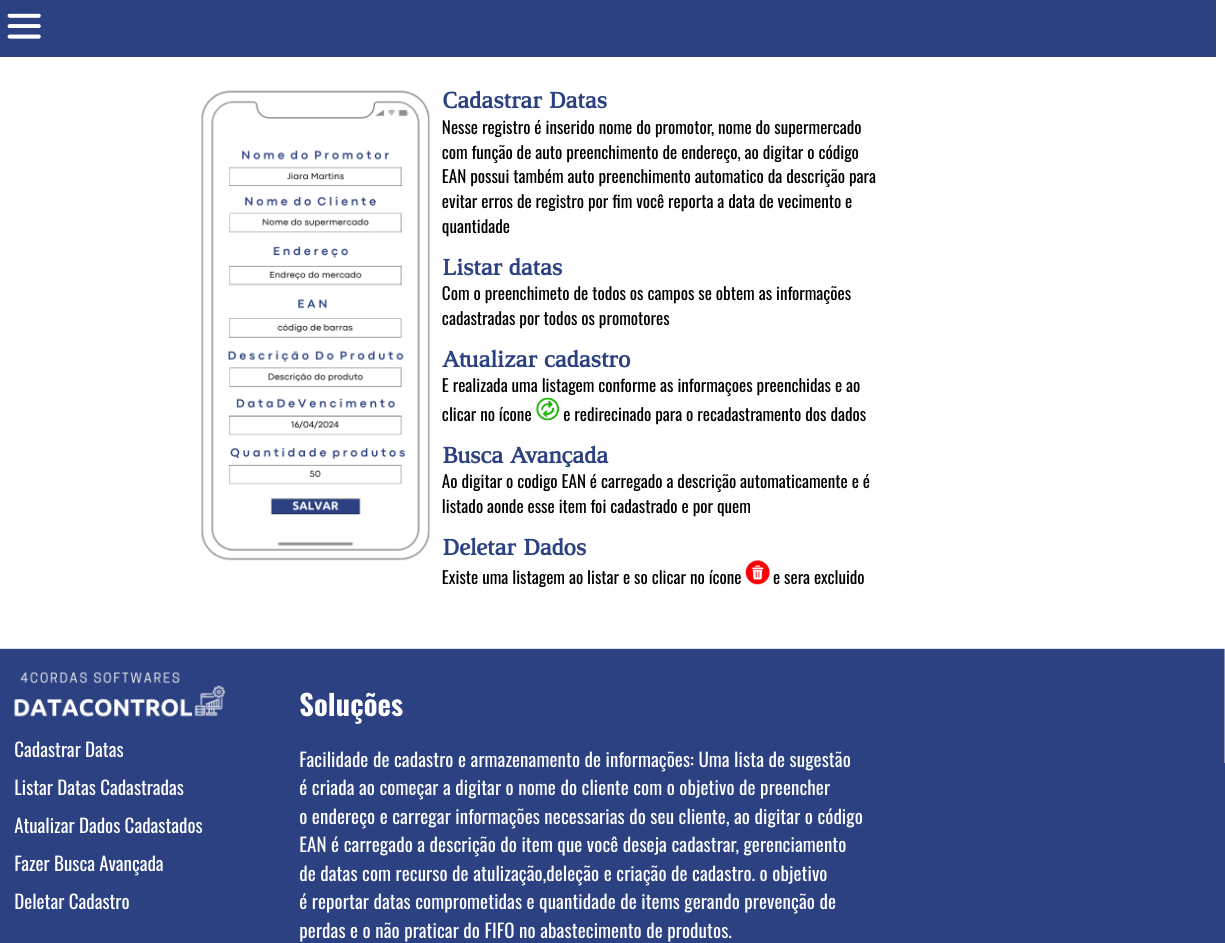
Repository: alfredo-allan/ControleDeDatasFrontEnd
Page: index.html
These files come from the project's save history. The page is drawn as it stood at one moment and after the next save; the edit follows.
The browser window is 1280 px wide. The page is 1289 px wide, so the pictures cover 1289 px, including what lies to the right of the window. The pictures show the whole page, at 95% of full size.

Above is the page before, as saved 2024-04-30 14:59:58.
Console error: TypeError: Cannot read properties of null (reading 'addEventListener')

### index.html
<!DOCTYPE html>
<html lang="pt-BR">
  <head>
    <meta charset="UTF-8" />
    <meta name="viewport" content="width=device-width, initial-scale=1.0" />
    <link rel="stylesheet" href="./style/style.css" />
    <link rel="preconnect" href="https://fonts.googleapis.com" />
    <link rel="preconnect" href="https://fonts.gstatic.com" crossorigin />
    <link
      href="https://fonts.googleapis.com/css2?family=Oswald:wght@200..700&display=swap"
      rel="stylesheet"
    />
    <title>Controle de Datas</title>
  </head>
  <body>
    <div class="header">
      <div id="menu-icon">
        <img id="icon-menu" src="./images/barra-de-menu.png" alt="" />
      </div>
      <div id="titulo">
        <!-- <h1>Controle De Datas</h1> -->
      </div>
      <div id="menu-options">
        <ul>
          <!-- <img id="usuario" src="./images/usuario-exemplo.jpg" alt="" /> -->
          <a href="pages/cadastro.html"><li>Cadastrar Datas</li></a>
          <a href="pages/listagem.html"><li>Listar Datas</li></a>
          <a href="pages/atualizar.html"><li>Atualizar Cadastro</li></a>
          <a href="pages/buscaavancada.html"><li>Busca Avançada</li></a>
          <a href="pages/deletar.html"><li>Deletar Dados</li></a>
        </ul>
      </div>
    </div>
    <img id="instrucao" src="./images/CadastrarDatas.png" alt="">
    <div class="coluna">
    <ul>
      <span>Cadastrar Datas</span>
      <li>Nesse registro é inserido nome do promotor, nome do supermercado com função de auto preenchimento de endereço, ao digitar o código EAN possui também auto preenchimento automatico da descrição para evitar erros de registro por fim você reporta a data de vecimento e quantidade</li>
      <span>Listar datas</span>
      <li>Com o preenchimeto de todos os campos se  obtem as informações cadastradas por todos os promotores</li>
      <span>Atualizar cadastro</span>
      <li>E realizada uma listagem conforme as informaçoes preenchidas e ao clicar no ícone <img src="./images/repetir.png" alt=""> e redirecinado para o recadastramento dos dados</li>
      <span>Busca Avançada</span>
      <li>Ao digitar o codigo EAN é carregado a descrição automaticamente e é listado aonde esse item foi cadastrado e por quem</li>
      <span>Deletar Dados</span>
      <li>Existe uma listagem ao listar e so clicar no ícone <img src="./images/excluir.png" alt=""> e sera excluido</li>
    </ul>
    </div>
    </div>
    <div class="footer">
      <div id="mapa" class="col-sm-6">
        <img id="tootext" src="./images/data.png" alt="" />
        <ul id="mapadosite">
          <a href="./pages/cadastro.html"><li>Cadastrar Datas</li></a>
          <a href="./pages/listagem.html"><li>Listar Datas Cadastradas</li></a>
          <a href="./pages/atualizar.html"
            ><li>Atualizar Dados Cadastados</li></a
          >
          <a href="./pages/buscaavancada.html"><li>Fazer Busca Avançada</li></a>
          <a href="./pages/deletar.html"><li>Deletar Cadastro</li></a>
        </ul>
      </div>
      <div id="solucao" class="col-sm-6">
        <span>Soluções</span>
        <p>
          Facilidade de cadastro e armazenamento de informações: Uma lista de
          sugestão <br />
          é criada ao começar a digitar o nome do cliente com o objetivo de
          preencher <br />
          o endereço e carregar informações necessarias do seu cliente, ao
          digitar o código <br />
          EAN é carregado a descrição do item que você deseja cadastrar,
          gerenciamento <br />
          de datas com recurso de atulização,deleção e criação de cadastro. o
          objetivo <br />
          é reportar datas comprometidas e quantidade de items gerando prevenção
          de <br />
          perdas e o não praticar do FIFO no abastecimento de produtos.
        </p>
      </div>
    </div>
  </body>
  <script src="./js/script.js"></script>
</html>

### style/style.css
:root {
  --cor-azul: rgb(44, 65, 129);
  --oswald-font: "Oswald", sans-serif;
  --luthier-font: "Luthier";
}

body {
  font-family: var(--oswald-font);
}

@font-face {
  font-family: "Luthier";
  src: url("../fonts/LuthierFF/Luthier-Regular.ttf") format("truetype");
  /* Adicione mais formatos (e.g. woff, woff2) conforme necessário */
}

#titulo h1 {
  font-family: var(--luthier-font);
  letter-spacing: 3px;
  font-weight: 900;
  color: white;
  margin-top: -30px;
  margin-left: 55px;
}

.column {
  display: flex;
  flex-direction: column;
  align-items: center;
  padding: 10px 20px 15px 15px;
  border: 1px solid #ccc;
  border-radius: 5px;
  width: 300px;
  margin: 0 auto;
  span {
    font-weight: 900;
    font-family: var(--luthier-font);
    letter-spacing: 3px;
    margin-bottom: 10px;
    color: var(--cor-azul);
  }
}

#logo img {
  margin-top: 200px;
  width: 250px;
  margin-left: 50px;
}

#logo {
  h1 {
    text-align: center;
    text-wrap: nowrap;
    font-size: 25px;
    font-family: var(--oswald-font);
    font-weight: 900;
    letter-spacing: 2px;
    color: var(--cor-azul);
  }
}

#form {
  margin-top: 80px;
}

input {
  margin-bottom: 5px;
  padding: 5px;
  width: 100%;
  box-sizing: border-box;
  font-weight: 600;
  margin-bottom: 10px;
}

input::placeholder {
  text-align: center;
  color: gray;
  font-family: var(--oswald-font);
  font-weight: 400;
}

input:focus {
  outline-color: var(--cor-azul); /* Altere a cor aqui */
}

.header {
  position: fixed;
  top: 0;
  left: 0;
  width: 100%;
  height: 60px;
  background-color: var(--cor-azul);
}

#icon-menu {
  width: 35px;
  margin-top: 10px;
  z-index: 1;
  margin-left: 8px;
  cursor: pointer;
}

#menu-options ul {
  list-style: none;
  padding: 0;
  margin-left: 5px;
  font-size: 20px;
  font-weight: 500;
  text-wrap: nowrap;
  font-family: var(--oswald-font);
  z-index: 999;
}

#menu-options ul li {
  padding: 10px;
  letter-spacing: 2px;
  cursor: pointer;
  z-index: 999;
}

a {
  text-decoration: none; /* Remove sublinhado */
  color: inherit; /* Mantém a cor padrão do texto */
  /* Adicione quaisquer outros estilos desejados para o link */
}

#menu-options {
  display: none;
  position: absolute;
  top: 0;
  left: 0;
  margin-top: 60px;
  width: 55%;
  height: 41vh;
  border-bottom-right-radius: 15px;
  background-color: var(--cor-azul);
  color: white;
  font-family: var(--oswald-font);
  font-weight: 900;
  z-index: 999;
}

button {
  text-align: center;
  width: 110px;
  height: 30px;
  padding: 6px 30px;
  background-color: rgba(44, 65, 129, 0.897);
  border-radius: 5px;
  color: white;
  border: none;
  border-radius: 5px;
  cursor: pointer;
  font-family: var(--oswald-font);
}

button:focus {
  outline: 2px solid var(--cor-azul);
}

.footer {
  width: 102%;
  position: relative;
  margin-top: 5%;
  margin-left: -8px;
  margin-bottom: -20px;
  background-color: var(--cor-azul);
}

.footer img {
  width: 300px;
  height: 60px;
  margin-top: 2px;
  cursor: pointer;
  margin-left: 10px;
}

#autocomplete-list-id {
  background-color: #f1f1f1;
  border: 1px solid #d4d4d4;
  color: var(--cor-azul);
  border-top: none;
  max-height: 200px;
  overflow-y: auto;
  position: absolute;
  /* z-index: 999; */
  margin-top: -10px;
  margin-left: 60px;
}

.autocomplete-items div {
  padding: 10px;
  cursor: pointer;
  background-color: #fff;
  border-bottom: 1px solid #d4d4d4;
}

.autocomplete-items div:hover {
  background-color: #e9e9e9;
}

.autocomplete-items div strong {
  font-weight: bold;
}

#data-list {
  margin: 0 auto;
  left: 50%;
  transform: translateX(-50%);
  margin: 0 auto;
  left: 50%;
  top: 60%;
  transform: translate(-50%, -50%);
  /* border: 1px solid var(--cor-azul); */
  color: var(--cor-azul);
  border-radius: 5px;
  max-height: 330px;
  overflow-y: auto;
  position: absolute;
  z-index: -1;
  margin-top: 110px;
  margin-left: 0px;
  width: 336px;
  list-style: none;
  .name {
    font-family: var(--oswald-font);
    font-weight: 900;
    font-size: 17px;
  }
  .item {
    font-family: var(--oswald-font);
    font-weight: 500;
    font-size: 15;
    color: rgb(0, 0, 0);
  }
}

/* #promotor {
  line-height: 60px;
} */

#data-list {
  /* Estilos do elemento #data-list */
  /* Defina outras propriedades conforme necessário */

  scrollbar-color: var(--cor-azul) var(--cor-azul); /* Cor da barra de rolagem e do fundo da barra */
}

#data-list::-webkit-scrollbar {
  width: 10px; /* Largura da barra de rolagem */
}

#data-list::-webkit-scrollbar-thumb {
  background-color: white; /* Cor da barra de rolagem */
  border-radius: 5px; /* Raio de borda da barra de rolagem */
}

#texto-descritivo {
  text-align: justify;
  margin-top: 200px;
  position: fixed;
  font-family: var(--luthier-font);
  letter-spacing: 3px;
  line-height: 2;
  margin-right: 8px;
  font-weight: 900;
  color: var(--cor-azul);
}

#del {
  width: 25px;
  margin: -4px;
  margin-left: 20px;
}

#atualizar {
  width: 25px;
  margin: -5px;
  margin-left: 20px;
}

.video {
  width: 100%;
  height: 100vh; /* Altura ocupando toda a tela */
}

.video video {
  position: fixed;
  top: 0;
  left: 0;
  width: 100%;
  height: 20%;
  object-fit: cover;
  margin-top: 52px;
}

.modal {
  display: none; /* Escondido por padrão */
  position: fixed;
  z-index: 1;
  left: 0;
  top: 0;
  width: 100%;
  height: 100%;
  overflow: auto;
  background-color: rgba(0, 0, 0, 0.4);
}

.modal-content {
  background-color: #fefefe;
  margin: 15% auto;
  padding: 20px;
  border: 2px solid #888;
  width: 80%;
  border-radius: 10px;
  p {
    text-align: center;
    font-family: var(--luthier-font);
    letter-spacing: 3px;
    font-weight: 600;
    color: var(--cor-azul);
  }
}

.close {
  color: #aaa;
  float: right;
  font-size: 28px;
  font-weight: bold;
}

.close:hover,
.close:focus {
  color: black;
  text-decoration: none;
  cursor: pointer;
}

#modalbtn {
  text-align: center;
}

#confirmButton {
  margin-right: 5px;
}

#tootext {
  margin-left: -40px;
  margin-top: 20px;
}

#mapadosite {
  font-family: var(--oswald-font);
  list-style: none;
  margin-top: 0px;
  line-height: 40px;
  text-align: left;
  margin-left: -25px;
  color: white;
  font-size: 20px;
}

#mapa {
  text-align: left;
}

#solucao {
  margin-top: -270px;
  margin-left: 315px;
  font-family: var(--oswald-font);
  letter-spacing: 0.1px;
  color: white;
  span {
    font-size: 30px;
    font-weight: 900;
  }
  p {
    font-size: 20px;
    text-align: left;
  }
}

@media (min-width: 310px) and (max-width: 580px) {
  #solucao {
    margin-top: -10px;
    margin-left: -200px;
    text-align: center;
  }
}

@media (min-width: 310px) and (max-width: 580px) {
  #solucao span {
    margin-left: -30px;
  }
}

@media (min-width: 310px) and (max-width: 580px) {
  #solucao p {
    font-size: 20px;
    text-align: left;
    margin-left: 215px;
  }
}

@media (min-width: 310px) and (max-width: 580px) {
  .footer {
    margin-top: 20%;
    position: absolute;
    margin-left: -8px;
    width: 100%;
    margin-bottom: 0px;
  }
}

.footer_pg {
  position: fixed;
  left: 0;
  bottom: 0;
  width: 100%;
  height: 60px;
  background-color: var(--cor-azul);
}

@media (min-width: 310px) and (max-width: 580px) {
  .footer_pg img {
    margin-left: auto;
    margin-right: auto;
    display: block;
  }
}

#instrucao {
  margin-top: 80px;
  width: 250px;
  margin-left: 200px;
}

@media (min-width: 500px) and (max-width: 1200px) {
  #instrucao {
    margin-left: 20px;
  }
}

@media (min-width: 500px) and (max-width: 1200px) {
  .coluna {
  }
}

.coluna {
  /* display: flex; */
  flex-direction: column;
  direction: ltr;
  /* justify-content: center; */
  margin-left: 33%;
  margin-top: -41%;
  width: 40%;
  li {
    list-style: none;
    margin-bottom: 20px;
    font-family: var(--oswald-font);
    font-size: 18px;
  }
  span {
    margin-bottom: 10;
    font-size: 25px;
    font-family: var(--luthier-font);
    font-weight: 900;
    color: var(--cor-azul);
  }

  img {
    width: 25px;
  }
}

### js/script.js
document.addEventListener("DOMContentLoaded", function () {
  carregarDados();

  document
    .getElementById("data-vencimento")
    .addEventListener("input", formatarData);

  document.getElementById("ean").addEventListener("input", function () {
    var eanSelecionado = document.getElementById("ean").value;
    preencherDescricaoPorEAN(eanSelecionado);
  });
});

function formatarData() {
  let inputData = document.getElementById("data-vencimento").value;

  let dataFormatada = inputData.replace(/^(\d{2})(\d{2})(\d{2})$/, "$1/$2/$3");

  document.getElementById("data-vencimento").value = dataFormatada;
}

function preencherDescricaoPorEAN(ean) {
  fetch("../frutap.json")
    .then((response) => response.json())
    .then((data) => {
      const mercados = data.mercados;

      for (let mercado of mercados) {
        const produto = mercado.produtos.find(
          (produto) => produto.codigoEAN === ean
        );
        if (produto) {
          document.getElementById("descricao-produto").value =
            produto.descricao;
          return; // Encerra o loop assim que encontrar o produto correspondente
        }
      }

      // Se não encontrou nenhum produto com o código EAN correspondente
      document.getElementById("descricao-produto").value =
        "Produto não encontrado";
    })
    .catch((error) => {
      console.error("Erro ao carregar os dados do arquivo JSON:", error);
    });
}

function carregarDados() {
  fetch("../frutap.json")
    .then((response) => {
      if (response.ok) {
        return response.json();
      } else {
        throw new Error("Erro ao carregar os dados");
      }
    })
    .then((data) => {
      if (data && data.mercados) {
        const mercados = data.mercados.map((mercado) => mercado.nome);
        const codigosEAN = data.mercados.map((mercado) => mercado.codigoEAN);
        const enderecos = data.mercados.map((mercado) => mercado.endereco);

        autocomplete(document.getElementById("nome-cliente"), mercados, data);
        autocomplete(document.getElementById("ean"), codigosEAN);
        autocomplete(
          document.getElementById("endereco-cliente"),
          enderecos,
          data
        );
      } else {
        console.error("Formato de dados inválido");
      }
    })
    .catch((error) => {
      console.error("Erro ao carregar os dados do arquivo JSON:", error);
    });
}
function autocomplete(inp, arr, data) {
  var currentFocus;

  inp.addEventListener("input", function (e) {
    var a,
      b,
      i,
      val = this.value;
    closeAllLists();
    if (!val) {
      return false;
    }
    currentFocus = -1;
    a = document.createElement("DIV");
    a.setAttribute("id", "autocomplete-list-id");
    a.setAttribute("class", "autocomplete-items");
    this.parentNode.appendChild(a);
    for (i = 0; i < arr.length; i++) {
      if (
        arr[i] &&
        arr[i].substr(0, val.length).toUpperCase() == val.toUpperCase()
      ) {
        b = document.createElement("DIV");
        b.innerHTML = "<strong>" + arr[i].substr(0, val.length) + "</strong>";
        b.innerHTML += arr[i].substr(val.length);
        b.innerHTML += "<input type='hidden' value='" + arr[i] + "'>";
        b.addEventListener("click", function (e) {
          inp.value = this.getElementsByTagName("input")[0].value;
          closeAllLists();
          // Preencher o campo de Endereço do mercado ao selecionar o nome do mercado
          var selectedMarket = this.getElementsByTagName("input")[0].value;
          var mercadoSelecionado = data.mercados.find(
            (mercado) => mercado.nome === selectedMarket
          );
          if (mercadoSelecionado) {
            var enderecoCompleto =
              mercadoSelecionado.endereco.rua +
              ", " +
              mercadoSelecionado.endereco.bairro +
              ", " +
              mercadoSelecionado.endereco.cidade +
              ", " +
              mercadoSelecionado.endereco.estado;
            document.getElementById("endereco-cliente").value =
              enderecoCompleto;
          }
        });
        a.appendChild(b);
      }
    }
  });

  function closeAllLists(elmnt) {
    var x = document.getElementsByClassName("autocomplete-items");
    for (var i = 0; i < x.length; i++) {
      if (elmnt != x[i] && elmnt != inp) {
        x[i].parentNode.removeChild(x[i]);
      }
    }
  }

  document.addEventListener("click", function (e) {
    closeAllLists(e.target);
  });
}

const menuIcon = document.getElementById("menu-icon");
const menuOptions = document.getElementById("menu-options");

menuIcon.addEventListener("click", function () {
  if (menuOptions.style.display === "none") {
    menuOptions.style.display = "block";
  } else {
    menuOptions.style.display = "none";
  }
});

document.getElementById("btn-salvar").addEventListener("click", function () {
  const nomePromotor = document.getElementById("nome-promotor").value;
  const nomeCliente = document.getElementById("nome-cliente").value;
  const enderecoCliente = document.getElementById("endereco-cliente").value;
  const ean = document.getElementById("ean").value;
  const descricaoProduto = document.getElementById("descricao-produto").value;
  const dataVencimento = document.getElementById("data-vencimento").value;
  const quantidadeProdutos = document.getElementById(
    "quantidade-produtos"
  ).value;

  fetch("https://v1controledatas.pythonanywhere.com/salvar-dados", {
    method: "POST",
    headers: {
      "Content-Type": "application/json",
    },
    body: JSON.stringify({
      nomePromotor: nomePromotor,
      nomeCliente: nomeCliente,
      enderecoCliente: enderecoCliente,
      ean: ean,
      descricaoProduto: descricaoProduto,
      dataVencimento: dataVencimento,
      quantidadeProdutos: quantidadeProdutos,
    }),
  })
    .then((response) => {
      if (response.ok) {
        // alert("Dados salvos com sucesso!");
      } else {
        throw new Error("Erro ao salvar os dados");
      }
    })
    .catch((error) => {
      console.error("Erro ao salvar os dados:", error);
    });
});

// Selecionando o botão de fechar e o modal

Loaded but not shown: frutap.json (455 lines, source omitted)

After the next save:
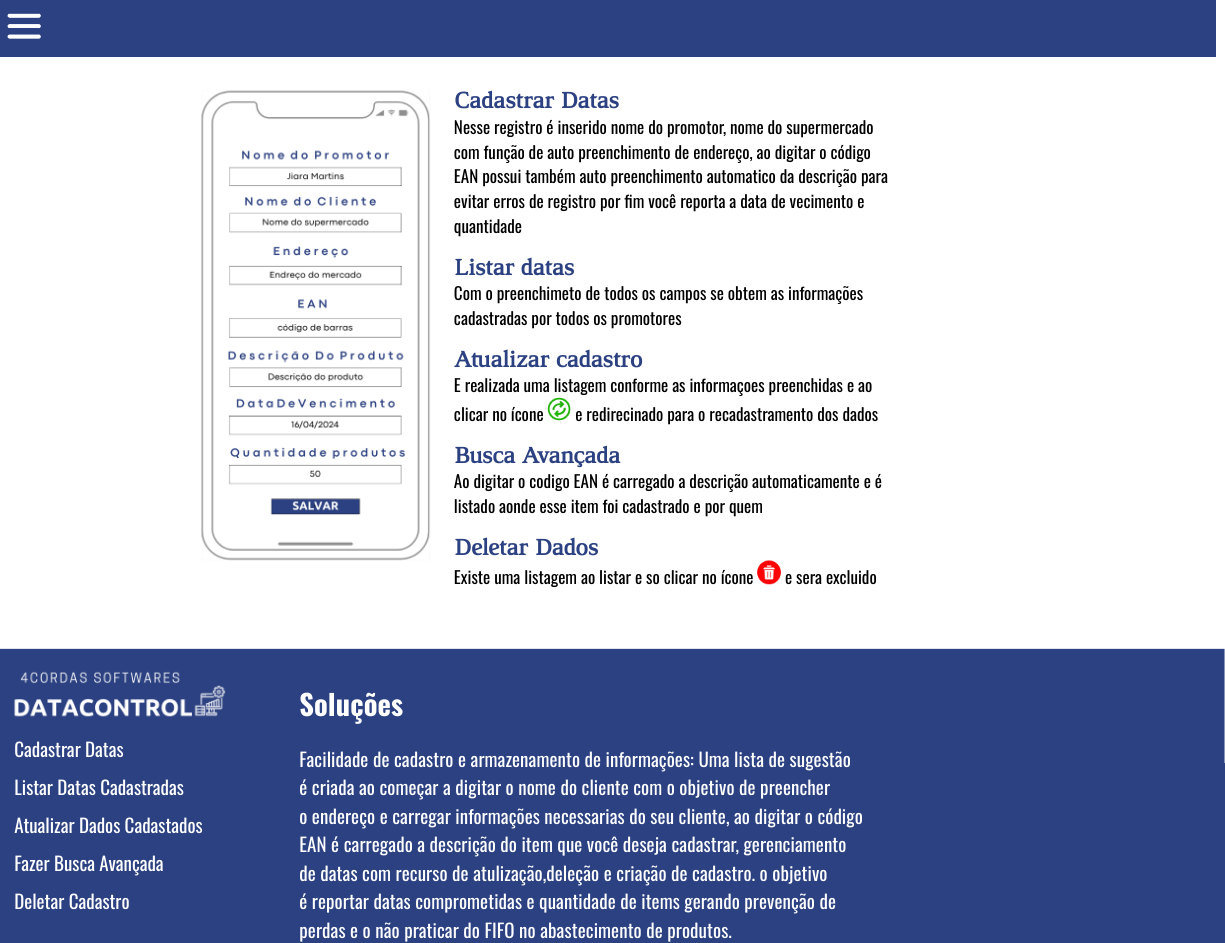
Saved 5 s later.
--- a/style/style.css
+++ b/style/style.css
@@ -451,7 +451,7 @@ button:focus {
   flex-direction: column;
   direction: ltr;
   /* justify-content: center; */
-  margin-left: 33%;
+  margin-left: 34%;
   margin-top: -41%;
   width: 40%;
   li {
